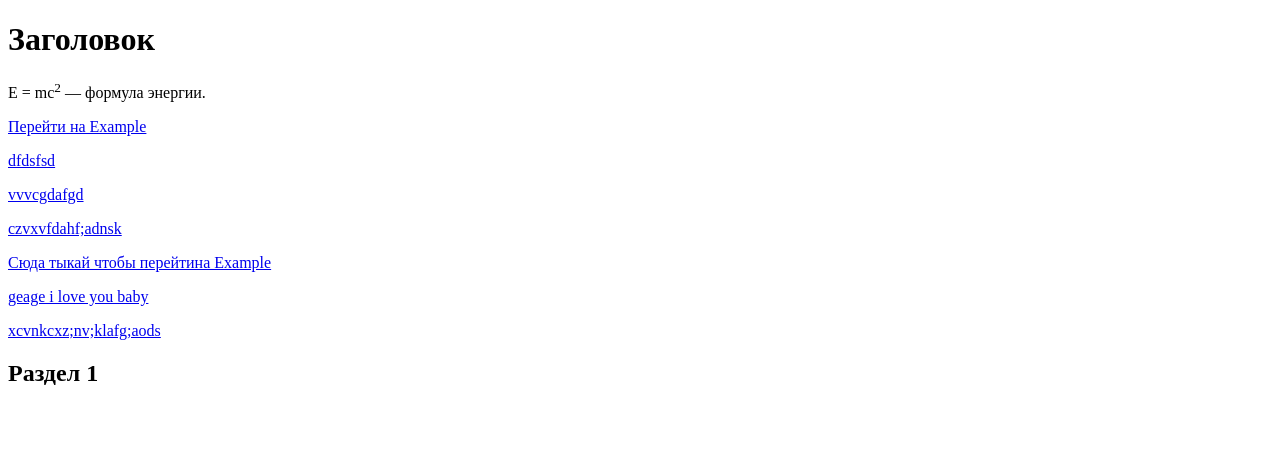
Repository: sannikovcode/exercises-a1
Page: JS/test1/task4/index.html
These files come from the project's save history. The page is drawn as it stood at one moment and after the next save; the edit follows.
The browser window is 1280 px wide. The pictures show the whole page.

Above is the page before, as saved 2025-10-16 16:04:08.

### JS/test1/task4/index.html
<!DOCTYPE html>
<html lang="en">

<head>
    <meta charset="UTF-8">
    <meta name="viewport" content="width=device-width, initial-scale=1.0">
    <title>88</title>
</head>

<body>
    <h1>Заголовок</h1>

    <p>E = mc<sup>2</sup> — формула энергии.</p>



    <p><a href="https://example.com">Перейти на Example</a></p>






    <p><a href="https://example.com">dfdsfsd</a></p>


    <p><a href="https://example.com">vvvcgdafgd</a></p>


    <p><a href="https://example.com">czvxvfdahf;adnsk</a></p>

    <p><a href="https://example.com"></a></p>

    <p><a href="https://example.com">Сюда тыкай чтобы перейтина Example</a></p>


    <p><a href="https://example.com">geage i love you baby</a></p>


    <p><a href="https://example.com">xcvnkcxz;nv;klafg;aods</a></p>




    <h2 id="section1">Раздел 1</h2>





















</body>

</html>

After the next save:
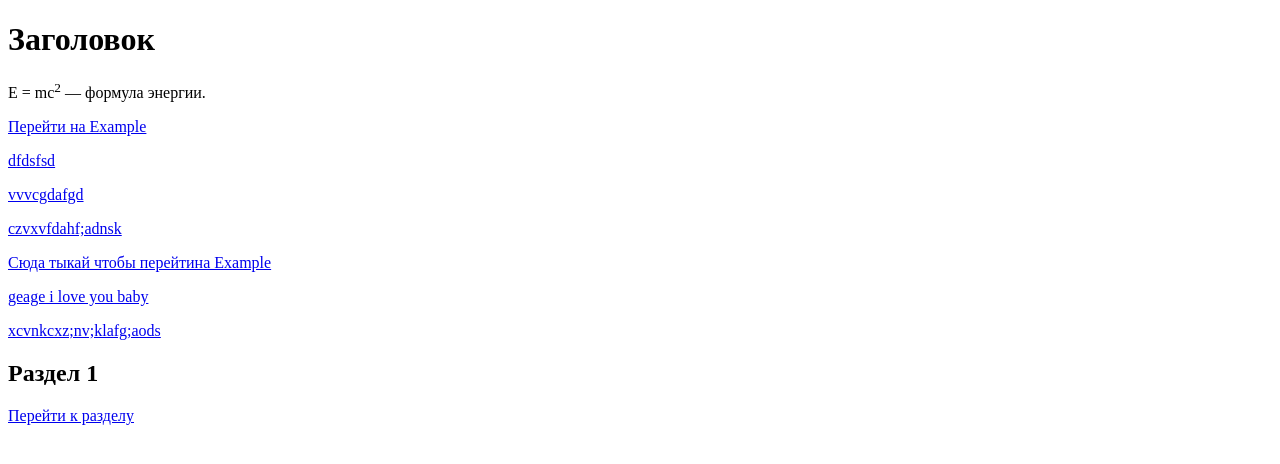
Saved 59 s later.
--- a/JS/test1/task4/index.html
+++ b/JS/test1/task4/index.html
@@ -44,6 +44,8 @@
 
     <h2 id="section1">Раздел 1</h2>
 
+    <a href="#section1">Перейти к разделу</a>
+
 
 
 
